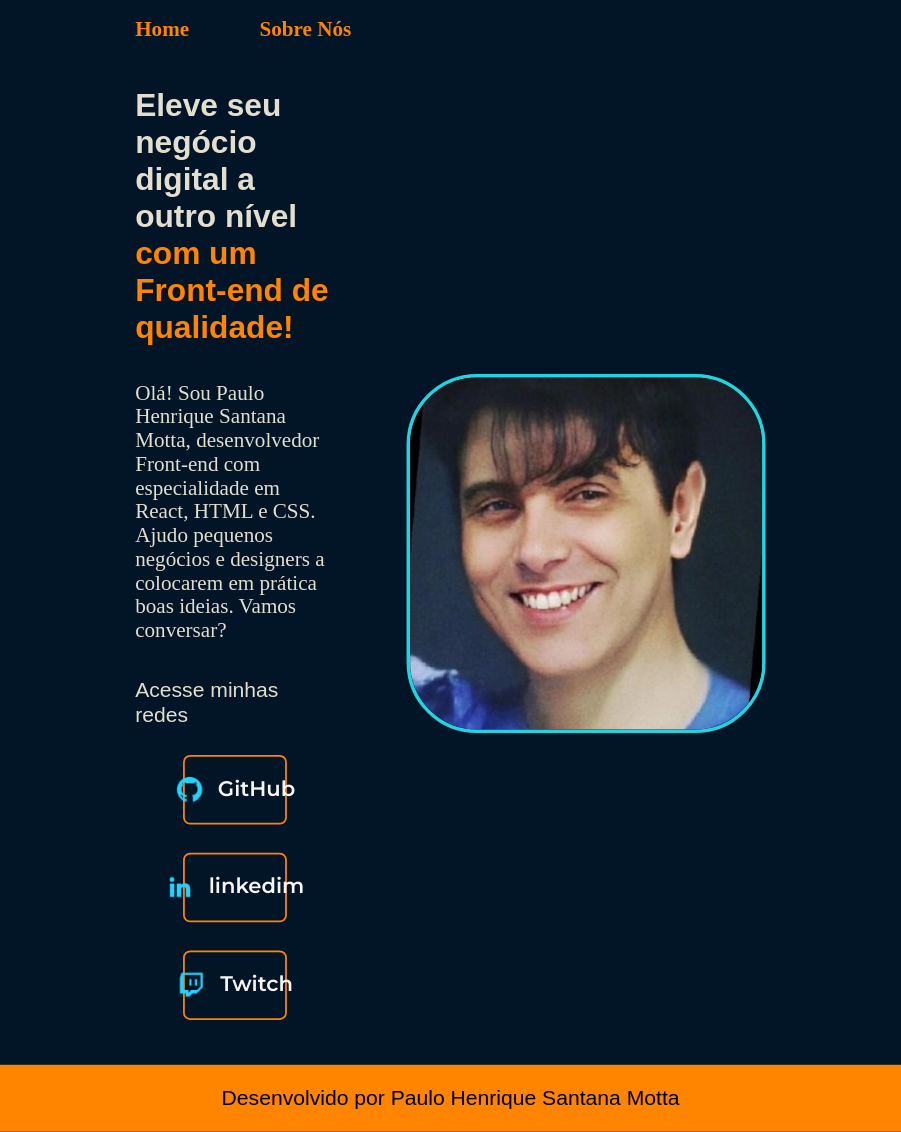
Repository: phsmottanerd/projeto-portfolio-alura
Page: index.html
The author's editor kept a copy of each file at every save. The page is drawn from the files as they stood at one save, then again after the next save.
The browser window is 1024 px wide. The pictures show the whole page, at 88% of full size.
Some web fonts or font styles are not loaded; a fallback is used.

Above is the page before, as saved 2025-01-30 01:58:05.

After the next save:
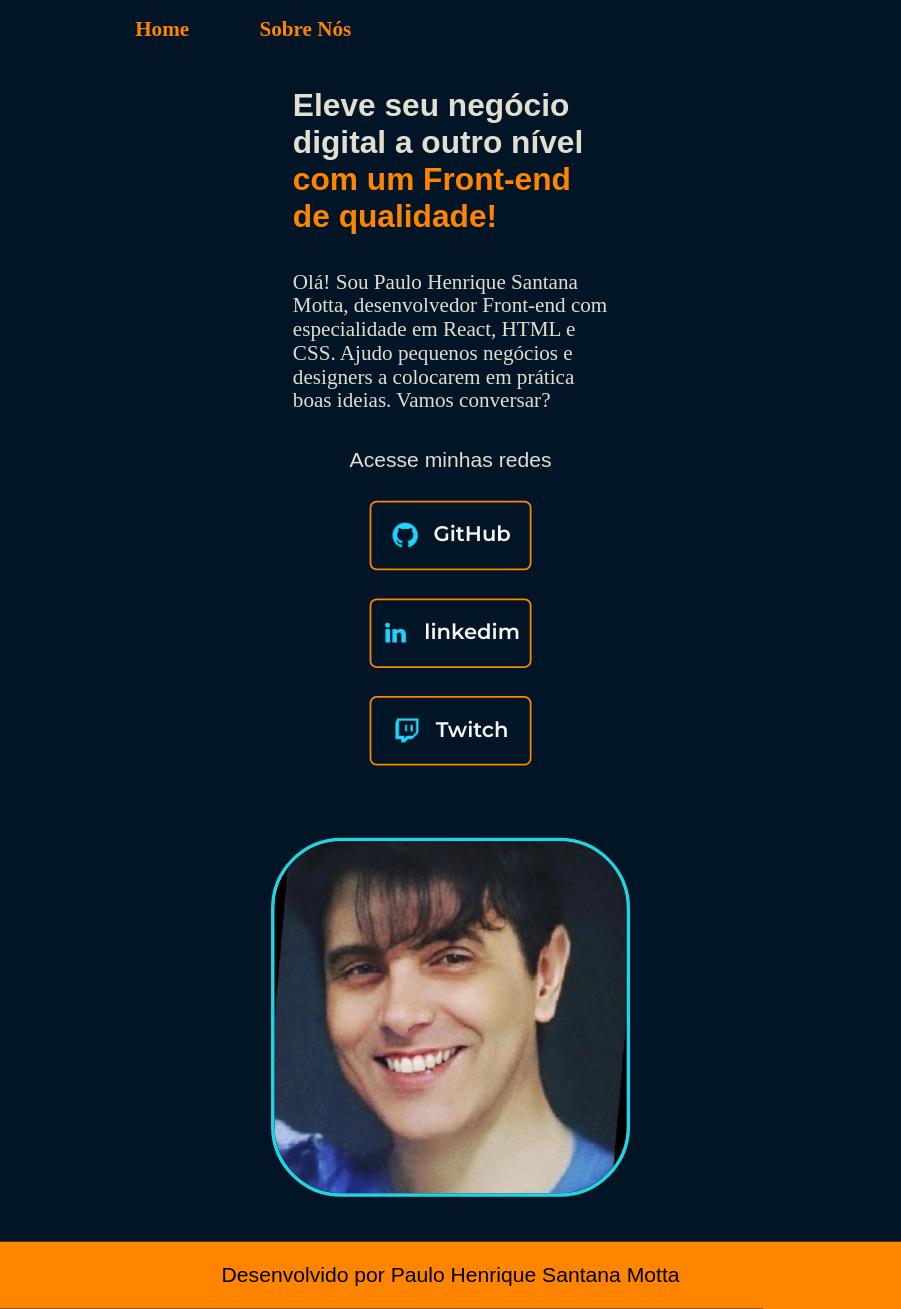
Saved 25 s later.
--- a/estilos/style.css
+++ b/estilos/style.css
@@ -118,7 +118,7 @@ body {
 
 }
 @media(max-width: 1200px){
-.apresenmtacao{
+.apresentacao{
 flex-direction:column;
 
 }
